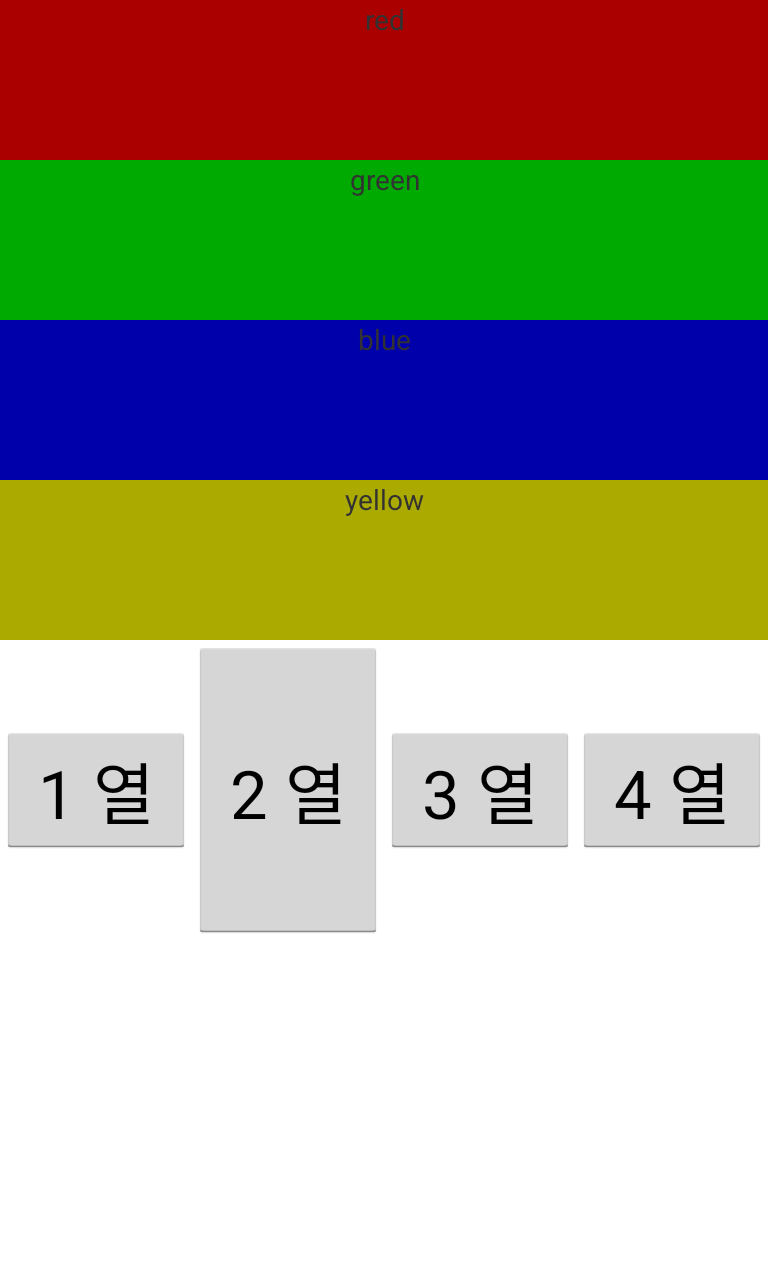
Repository: seunghaa02/allandroid
Layout: Part02/res/layout/linearlayoutmain.xml
The author's editor kept a copy of each file at every save. The layout is drawn from the files as they stood at one save, then again after the next save.
It is drawn on a 768 x 1280 px phone screen (xhdpi) without system bars, with theme android:Theme.Holo.Light; the app's code is not run.

Above is the layout before, as saved 2013-04-08 06:34:51.

### Part02/res/layout/linearlayoutmain.xml
<?xml version="1.0" encoding="utf-8"?>
<LinearLayout xmlns:android="http://schemas.android.com/apk/res/android"
    android:layout_width="fill_parent"
    android:layout_height="fill_parent"
    android:orientation="vertical" >

  <LinearLayout
  	  android:id="@+id/linear_test"
      android:orientation="vertical"
      android:layout_width="fill_parent"
      android:layout_height="fill_parent"
      android:layout_weight="1">
      <TextView
          android:text="red"
          android:gravity="center_horizontal"
          android:background="#aa0000"
          android:layout_width="match_parent"
          android:layout_height="wrap_content"
          android:layout_weight="1"/>
      <TextView
          android:text="green"
          android:gravity="center_horizontal"
          android:background="#00aa00"
          android:layout_width="match_parent"
          android:layout_height="wrap_content"
          android:layout_weight="1"/>
      <TextView
          android:text="blue"
          android:gravity="center_horizontal"
          android:background="#0000aa"
          android:layout_width="match_parent"
          android:layout_height="wrap_content"
          android:layout_weight="1"/>
      <TextView
          android:text="yellow"
          android:gravity="center_horizontal"
          android:background="#aaaa00"
          android:layout_width="match_parent"
          android:layout_height="wrap_content"
          android:layout_weight="1"/>
  </LinearLayout>

  <LinearLayout
    android:orientation="horizontal"
    android:layout_width="fill_parent"
    android:layout_height="fill_parent"
    android:baselineAligned="true"
    android:baselineAlignedChildIndex="1"
    android:layout_weight="1">
    <Button
        android:text="1 열"
        android:textSize="15pt"
        android:layout_width="wrap_content"
        android:layout_height="wrap_content"
        android:layout_weight="1"/>
    <Button
        android:text="2 열"
        android:textSize="15pt"
        android:layout_width="wrap_content"
        android:layout_height="300px"
        android:layout_weight="1"/>
    <Button
        android:text="3 열"
        android:textSize="15pt"
        android:layout_width="wrap_content"
        android:layout_height="wrap_content"
        android:layout_weight="1"/>
    <Button
        android:text="4 열"
        android:textSize="15pt"
        android:layout_width="wrap_content"
        android:layout_height="wrap_content"
        android:layout_weight="1"/>
  </LinearLayout>

</LinearLayout>

After the next save:
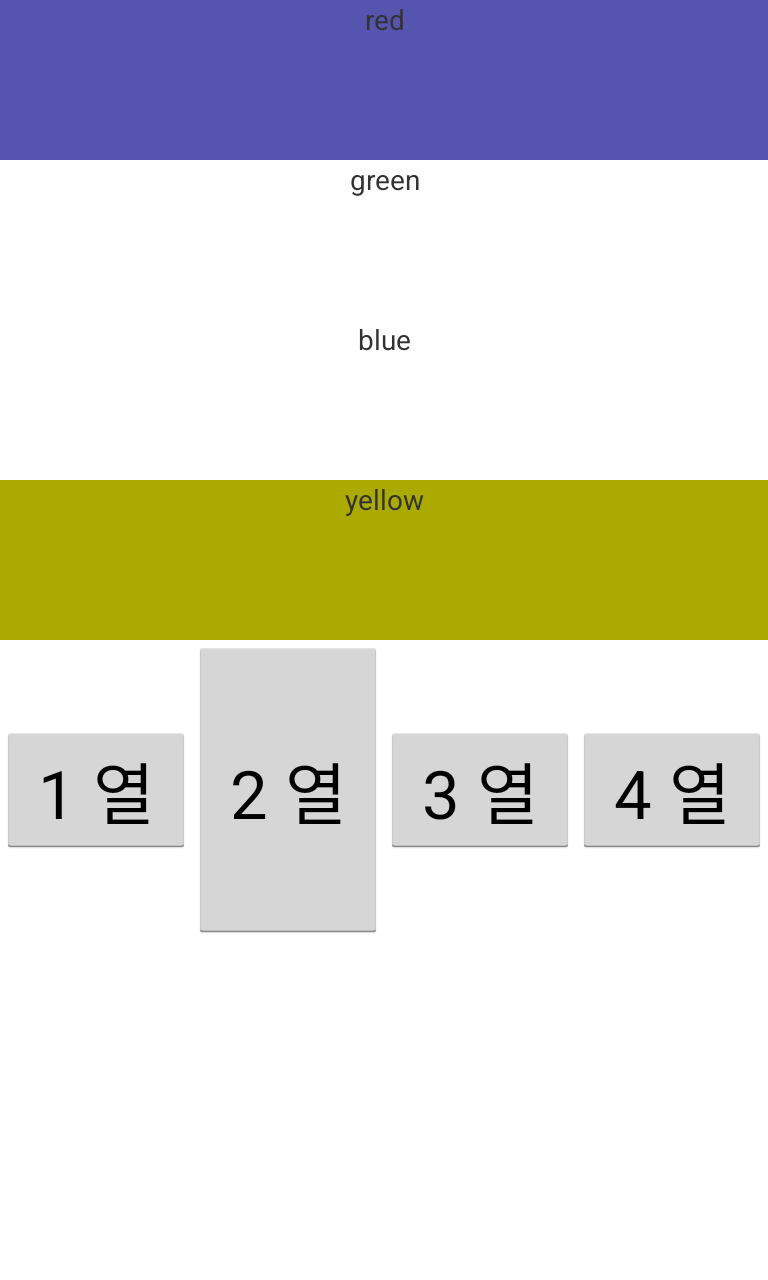
Saved 19 s later.
--- a/Part02/res/layout/linearlayoutmain.xml
+++ b/Part02/res/layout/linearlayoutmain.xml
@@ -13,21 +13,21 @@
       <TextView
           android:text="red"
           android:gravity="center_horizontal"
-          android:background="#aa0000"
+          android:background="#aa000088"
           android:layout_width="match_parent"
           android:layout_height="wrap_content"
           android:layout_weight="1"/>
       <TextView
           android:text="green"
           android:gravity="center_horizontal"
-          android:background="#00aa00"
+          android:background="#00aa0066"
           android:layout_width="match_parent"
           android:layout_height="wrap_content"
           android:layout_weight="1"/>
       <TextView
           android:text="blue"
           android:gravity="center_horizontal"
-          android:background="#0000aa"
+          android:background="#0000aa22"
           android:layout_width="match_parent"
           android:layout_height="wrap_content"
           android:layout_weight="1"/>
